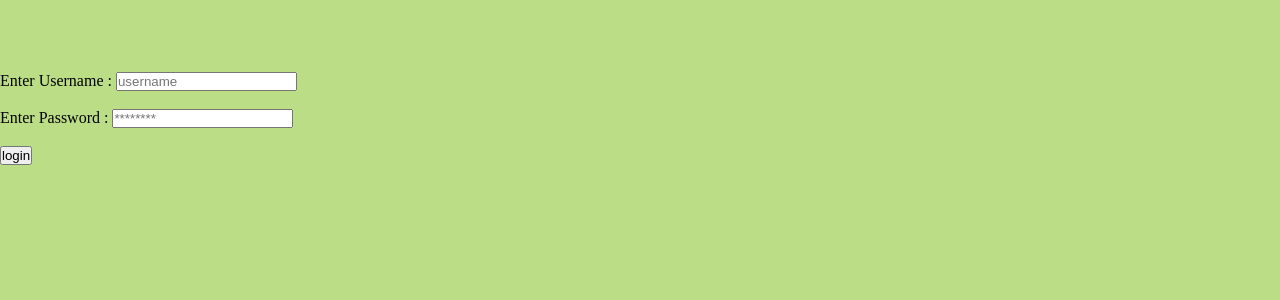
Repository: SriMerla/ServletsAndJsps
Page: http://localhost/WebApplicationProject/roles.jsp
The author's editor kept a copy of each file at every save. The page is drawn from the files as they stood at one save, then again after the next save.
The browser window is 1280 px wide. The pictures show the whole page.
The page is served by Tomcat 9.

Above is the page before, as saved 2020-01-30 03:32:53.

After the next save:
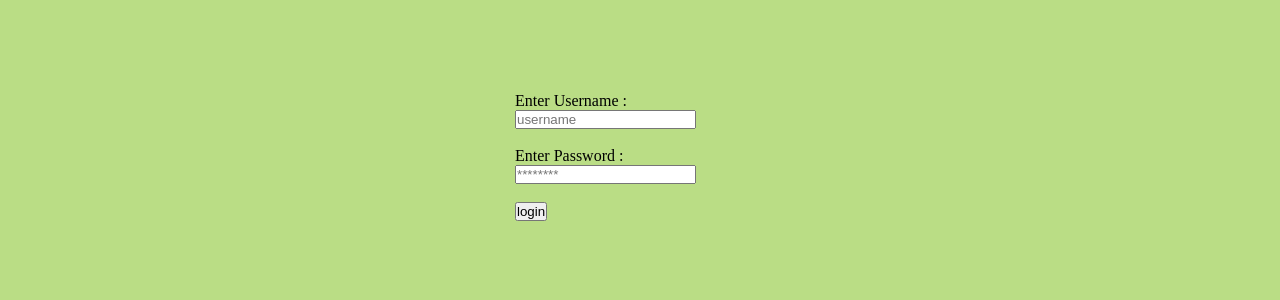
Saved 3 s later.
--- a/Servlets/WebApplicationProject/WebContent/roles.jsp
+++ b/Servlets/WebApplicationProject/WebContent/roles.jsp
@@ -9,7 +9,7 @@
 <link rel="stylesheet" type="text/css" href="global.css">
 </head>
 <body>
-
+  <div class="form-container">
   <form action="roles">
    Enter Username : <input type="text" name="username" placeholder="username"><br><br>
    Enter Password : <input type="password" name="password" placeholder="********"><br><br>
@@ -17,6 +17,6 @@
 
   </form>
 
-
+  </div>
 </body>
 </html>
